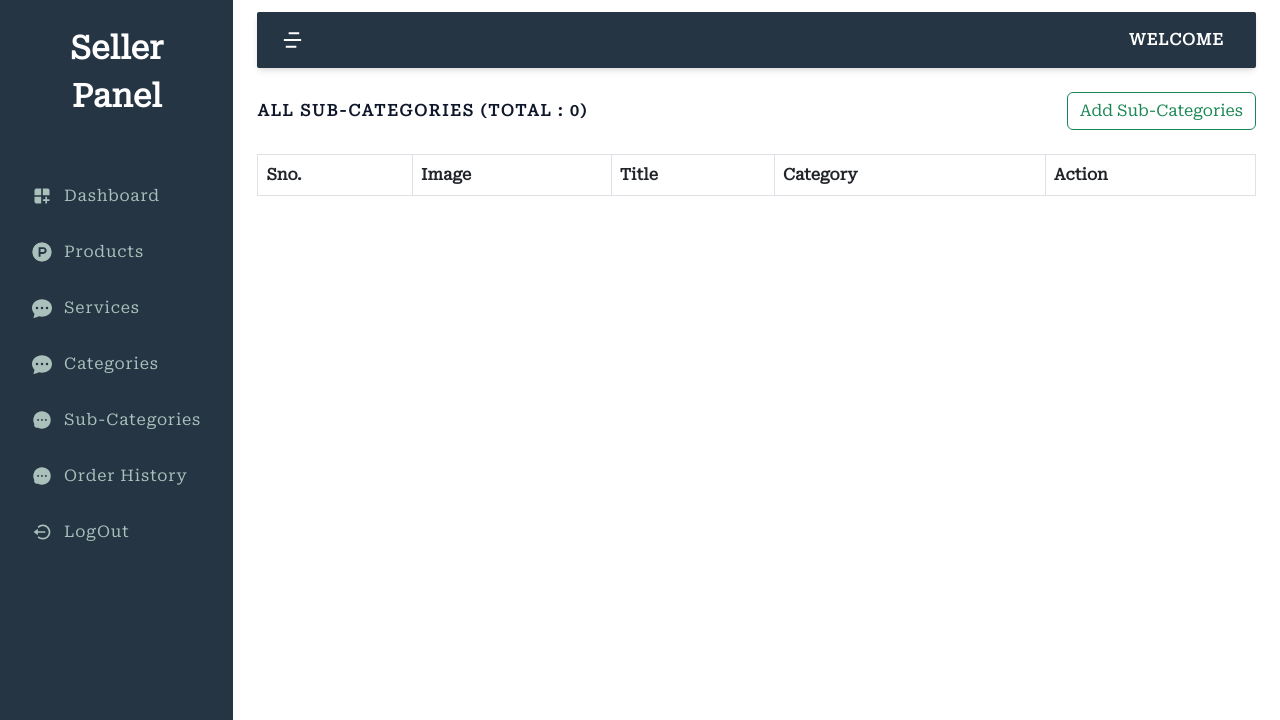
Repository: FlyweisReact/Arun-Chauhan
Page: /vendor/sub-category
The author's editor kept a copy of each file at every save. The page is drawn from the files as they stood at one save, then again after a run of saves.
The browser window is 1280 px wide. The pictures show the whole page.
The page's requests for data from a server got no answer. Some web libraries are served in a nearby version. The project was rebuilt for these pictures with package versions that can differ from the ones it lists, and the page was loaded fresh each time. No one was signed in, and anything a server would have sent is missing. Also part of the build but not shown: src/AdminPanel/layout/Navbar.jsx, src/AdminPanel/layout/Sidebar.jsx, src/AdminPanel/layout/HOC.jsx, src/AdminPanel/pages/Privacy.js, src/AdminPanel/pages/Category.js, src/AdminPanel/pages/FeedBack.js, src/AdminPanel/pages/TermsCon.js, src/AdminPanel/pages/HelpSupport.js and 24 more.

Above is the page before, as saved 2023-04-14 18:00:34.

### public/index.html
<!-- @format -->

<!DOCTYPE html>
<html lang="en">
  <head>
    <meta charset="utf-8" />
    <!-- <link rel="icon" href="%PUBLIC_URL%/favicon.png" /> -->
    <meta name="viewport" content="width=device-width, initial-scale=1" />
    <meta name="theme-color" content="#000000" />
    <meta
      name="description"
      content="Web site created using create-react-app"
    />
    <link rel="apple-touch-icon" href="%PUBLIC_URL%/favicon.ico?v=2" />



    <link rel="manifest" href="%PUBLIC_URL%/manifest.json" />
    <link rel="preconnect" href="https://fonts.googleapis.com">
    <link rel="preconnect" href="https://fonts.gstatic.com" crossorigin>
    <link href="https://fonts.googleapis.com/css2?family=Roboto+Serif&display=swap" rel="stylesheet">
    <title>Arun   Panel</title>
  </head>
  <body>
    <noscript>You need to enable JavaScript to run this app.</noscript>
    <div id="root"></div>
    <script src="https://code.jquery.com/jquery-3.6.0.min.js"></script>
    <script src="https://kit.fontawesome.com/b533b351e4.js" crossorigin="anonymous"></script>
  </body>
</html>

### src/index.js
import React from "react";
import ReactDOM from "react-dom/client";
import "./index.css";
import App from "./App";
import { BrowserRouter } from "react-router-dom";
import 'bootstrap/dist/css/bootstrap.min.css'

const root = ReactDOM.createRoot(document.getElementById("root"));
root.render(
  <React.StrictMode>
    <BrowserRouter>
      <App />
    </BrowserRouter>
  </React.StrictMode>
);

### src/index.css
/** @format */

@tailwind base;
@tailwind components;
@tailwind utilities;




body {
  margin: 0;
  font-family: 'Roboto Serif', serif  !important;
  -webkit-font-smoothing: antialiased;
  -moz-osx-font-smoothing: grayscale;
}

/* Wcomponents */
.wcomp::-webkit-scrollbar {
  width: 0px;
}
::-webkit-scrollbar {
  width: 0px;
}
::-webkit-scrollbar-track {
  background: #696f78;
}
/* Handle */
::-webkit-scrollbar-thumb {
  background: #b4b8bf;
}

.main-card--container {
  display: grid;
  grid-template-columns: repeat(3, minmax(300px, 500px));
  grid-gap: 50px;
  justify-content: space-around;
}
.card-container {
  margin: 25px 0 auto;
  position: relative;
  display: grid;
  grid-template-columns: 1fr;
  justify-content: space-around;
  align-items: flex-start;
}

.img-thumbnail {
  width: 80px;
}
.img-large {
  max-width: 80%;
}

.formInput {
  padding: 5px;
}

.BannerImg{
  display: grid;
  grid-template-columns: auto auto auto;
  margin: 20px;
  justify-content: space-evenly;
  text-align: center;
}
.BannerImg div{
  box-shadow: rgba(0, 0, 0, 0.35) 0px 5px 15px;
  padding: 10px;

}
.BannerImg img{
  width: 400px;
  height: 200px;
}


li{
  list-style: disc;
}
.carouselImages{
  width: 200px !important;
  height: 140px;
}
.Car{
  width: 200px !important;
}
.ColorImage{
  width: 100px !important;
}
.three-Sec{
  display: grid;
  justify-content: space-evenly;
  grid-template-columns: auto auto auto;
  text-align: center;
  color: black;

}
.three-Sec div{
  box-shadow: rgba(0, 0, 0, 0.35) 0px 5px 15px;
  margin-top: 40px;
  padding : 10px;
  width: 400px;
}
.three-Sec img{
  width: 100%;
  height: 300px;
}
.three-Sec p{
  font-size: 20px;
  font-weight: bold;
  margin: 0;
}
.three-Sec button{
  border: 1px solid #B80000;
  background-color: #ffff;
  color: #B80000;
  width: 100%;
  padding: 3px;
  margin-top: 10px;
  font-size: 20px;
  transition: 0.5s;
}

.three-Sec button:hover{
  background-color: #B80000;
  color: #ffff;
}
.bigCont{
  display: flex;
  gap: 10px;
}
.contP{
  border: 1px solid #2F308D;
  width: 48%;
  padding: 10px;
  color: #2F308D;
  transition: 0.5s;
  cursor: pointer;
}
.contP:hover {
  background-color: #2F308D;
  color: #fff;
}


.viewBtn{
  color: #014F75;
  border: 1px solid #014F75;
  outline: none;
  width: 50%;
  padding: 5px;
  font-size: 18px;
  transition: 0.5s;
}

.viewBtn:hover{

  background-color: #014F75;
  color: #fff;
}


.filterDate{
  color: black;
  display: flex;
  gap: 20px;
  margin-top: 20px;
  margin-bottom: 20px;
}

.filterDate input {
  border: 1px solid black;
  outline: none;
  padding: 5px;
}
.filterDate div{
  display: flex;
  gap: 10px;
  align-items:center ;
}
.filterDate div p{
  padding-top: 10px;
}

.filterDate button{
  color: #014F75;
  border: 1px solid #014F75;
  outline: none;
  width: 200px;
  font-size: 18px;
  transition: 0.5s;
}

.filterDate button:hover{
  background-color: #014F75;
  color: #fff;
}
.active{
  display: flex;
  gap: 20px;
margin-bottom: 20px;
}
.active button{
  border: 1px solid #659CCA;
  color: #659CCA;
  padding: 5px;
  width: 200px;
  transition: 0.5s;
  font-size: 20px;
}
.active button:hover{
  background-color: #659CCA;
  color: #fff;
}

.drop select{
  width: 100%;
  color:#fff;
  margin-bottom: 20px;
  border: 1px solid #659CCA;
  padding: 10px;
  outline: none;
  background-color: #659CCA;
}
.drop select option{
  background-color: #8FD1DF;
  border: 1px solid #8FD1DF;
}

.drop select option:hover{
  background-color: #8FD1DF  !important;
}

### src/App.js
/** @format */

import { Routes, Route } from "react-router-dom";
import { ToastContainer } from "react-toastify";
import "react-toastify/dist/ReactToastify.css";
import Privacy from "./AdminPanel/pages/Privacy";
import Offers from "./AdminPanel/pages/Category";
import FeedBack from "./AdminPanel/pages/FeedBack";
import TermsCon from "./AdminPanel/pages/TermsCon";
import HelpSupport from "./AdminPanel/pages/HelpSupport";
import OrderHistory from "./AdminPanel/pages/OrderHistory";
import Installar from "./AdminPanel/pages/Installar";
import Sellers from "./AdminPanel/pages/Sellers";
import Dashboard from "./AdminPanel/pages/Dashboard";
import Users from "./AdminPanel/pages/Users";
import Reviews from "./AdminPanel/pages/Reviews";
import Coupon from "./AdminPanel/pages/Coupon";
import Product from "./AdminPanel/pages/Product";
import About from "./AdminPanel/pages/About";
import Blogs from "./AdminPanel/pages/Blogs";
import Service from "./AdminPanel/pages/Service";
import Notification from "./AdminPanel/pages/Notification";
import SubCategory from "./AdminPanel/pages/SubCategory";
import Banner from "./AdminPanel/pages/Banner";
import Login from "./AdminPanel/Login";
import Transaction from "./AdminPanel/pages/Transaction";
import InstallerTransactions from "./AdminPanel/pages/InstallerTransactions";
import Vendorlogin from "./VendorPanel/Vendorlogin";
import VendorDashboard from "./VendorPanel/pages/VendorDashboard";
import VendorProducts from "./VendorPanel/pages/VendorProducts";
import VendorService from "./VendorPanel/pages/VendorService";
import VendorCategory from "./VendorPanel/pages/VendorCategory";
import VendorSubCategory from "./VendorPanel/pages/VendorSubCategory";
import VendorOrderHistory from "./VendorPanel/pages/VendorOrderHistory";
import SellerProduct from "./AdminPanel/pages/SellerProduct";

function App() {
  return (
    <>
      <ToastContainer />

      <Routes>
        {/* Admin Panel */}
        <Route path="/" element={<Login />} />
        <Route path="/dashboard" element={<Dashboard />} />
        <Route path="/users" element={<Users />} />
        <Route path="/sellers" element={<Sellers />} />
        <Route path="/products" element={<Product />} />
        <Route path="/coupon" element={<Coupon />} />
        <Route path="/about" element={<About />} />
        <Route path="/review" element={<Reviews />} />
        <Route path="/blogs" element={<Blogs />} />
        <Route path="/services" element={<Service />} />
        <Route path="/category" element={<Offers />} />
        <Route path="/notification" element={<Notification />} />
        <Route path="/sub-category" element={<SubCategory />} />
        <Route path="/banners" element={<Banner />} />
        <Route path="/order-history" element={<OrderHistory />} />
        <Route path="/installar" element={<Installar />} />
        <Route path="/feedBacks" element={<FeedBack />} />
        <Route path="/terms-condition" element={<TermsCon />} />
        <Route path="/helpSupport" element={<HelpSupport />} />
        <Route path="/privacy" element={<Privacy />} />
        <Route path="/transactions/:id" element={<Transaction />} />
        <Route path="/installer-transaction/:id" element={<InstallerTransactions />} />
        <Route path="/seller/products/:id" element={<SellerProduct />} />

        {/* Vendor Panel */}
        <Route path="/vendor/login" element={<Vendorlogin />} />
        <Route path="/vendor/dashboard" element={<VendorDashboard />} />
        <Route path="/vendor/products" element={<VendorProducts />} />
        <Route path="/vendor/service" element={<VendorService />} />
        <Route path="/vendor/category" element={<VendorCategory />} />
        <Route path="/vendor/sub-category" element={<VendorSubCategory />} />
        <Route path="/vendor/order-history" element={<VendorOrderHistory />} />
      </Routes>
    </>
  );
}

export default App;

### src/VendorPanel/pages/VendorSubCategory.js
/** @format */

import HOC from "../layout/HOC";
import { Table, Modal, Button, Form, Alert } from "react-bootstrap";
import { useCallback, useEffect, useState } from "react";
import axios from "axios";
import { toast } from "react-toastify";

const VendorSubCategory = () => {
  const [modalShow, setModalShow] = useState(false);
  const [data, setData] = useState([]);
  const sellorId = localStorage.getItem("vendorId");
  const [categoryData, setCatData] = useState([]);

  const fetchHandler = useCallback(async () => {
    try {
      const { data } = await axios.get(
        `http://ec2-15-206-210-177.ap-south-1.compute.amazonaws.com:1112/api/subCategory/seller/${sellorId}`
      );
      setData(data.result);
    } catch (e) {
      console.log(e);
    }
  }, [sellorId]);

  const fetchCategoryHandler = useCallback(async () => {
    try {
      const { data } = await axios.get(
        `http://ec2-15-206-210-177.ap-south-1.compute.amazonaws.com:1112/api/category/seller/${sellorId}`
      );
      setCatData(data.data);
    } catch (e) {
      console.log(e);
    }
  }, [sellorId]);

  useEffect(() => {
    fetchHandler();
    if (modalShow === true) {
      fetchCategoryHandler();
    }
  }, [fetchHandler, modalShow, fetchCategoryHandler]);

  function MyVerticallyCenteredModal(props) {
    const [image, setImage] = useState("");
    const [url, setUrl] = useState("");
    const [title, setTitle] = useState("");
    const [catgoryId, setCategoryId] = useState("");

    const UploadImage = (e) => {
      const data = new FormData();
      data.append("file", image);
      data.append("upload_preset", "ml_default");
      data.append("cloud_name", "dbcnha741");
      fetch("https://api.cloudinary.com/v1_1/dbcnha741/image/upload", {
        method: "post",
        body: data,
      })
        .then((res) => res.json())
        .then((data) => {
          setUrl(data.url);
          console.log(data.url);
        })
        .catch((err) => {
          console.log(err);
        });
    };

    const postHandler = async (e) => {
      e.preventDefault();
      try {
        const { data } = await axios.post(
          "http://ec2-15-206-210-177.ap-south-1.compute.amazonaws.com:1112/api/subcategory/",
          {
            image: url,
            title,
            catgoryId,
            sellerId: sellorId,
          }
        );
        toast.success(`${data.message.title} Added`);
        fetchHandler();
        props.onHide();
      } catch (e) {
        console.log(e);
        toast.error("Please try again after some time:::");
      }
    };

    return (
      <Modal
        {...props}
        size="lg"
        aria-labelledby="contained-modal-title-vcenter"
        centered
      >
        <Modal.Header closeButton>
          <Modal.Title id="contained-modal-title-vcenter">
            Add Sub-Category
          </Modal.Title>
        </Modal.Header>
        <Modal.Body>
          <Form onSubmit={postHandler}>
            <Form.Group className="mb-3">
              <Form.Label>Image</Form.Label>
              <Form.Control
                type="file"
                onChange={(e) => setImage(e.target.files[0])}
                required
              />
            </Form.Group>

            <Form.Group className="mb-3">
              <Form.Label>Title</Form.Label>
              <Form.Control
                type="text"
                onClick={() => UploadImage()}
                required
                onChange={(e) => setTitle(e.target.value)}
              />
            </Form.Group>
            <Form.Group className="mb-3">
              <Form.Select
                aria-label="Default select example"
                required
                onChange={(e) => setCategoryId(e.target.value)}
              >
                <option>Select Category</option>
                {categoryData?.map((i, index) => (
                  <option key={index} value={i._id}>
                    {" "}
                    {i.category}{" "}
                  </option>
                ))}
              </Form.Select>
            </Form.Group>
            <Button variant="outline-success" type="submit">
              Submit
            </Button>
          </Form>
        </Modal.Body>
        <Modal.Footer></Modal.Footer>
      </Modal>
    );
  }

  const deleteHandler = async (id) => {
    try {
      const { data } = await axios.delete(
        `http://ec2-15-206-210-177.ap-south-1.compute.amazonaws.com:1112/api/subcategory/${id}`
      );
      toast.success(data.message);
      fetchHandler();
    } catch (e) {
      console.log(e);
      toast.error("Try again after some time::");
    }
  };

  return (
    <>
      <MyVerticallyCenteredModal
        show={modalShow}
        onHide={() => setModalShow(false)}
      />

      <section>
        <div className="pb-4 sticky top-0  w-full flex justify-between items-center bg-white">
          <span className="tracking-widest text-slate-900 font-semibold uppercase ">
            All Sub-Categories (Total : {data?.length})
          </span>
          <Button
            variant="outline-success"
            onClick={() => {
              setModalShow(true);
            }}
          >
            Add Sub-Categories
          </Button>
        </div>

        {data.length === undefined ? <Alert variant="info">No </Alert> :""}

        <div style={{ maxWidth: "100%", overflow: "auto" }}>
          <Table striped bordered hover>
            <thead>
              <tr>
                <th>Sno.</th>
                <th> Image</th>
                <th> Title</th>
                <th> Category</th>
                <th>Action</th>
              </tr>
            </thead>
            <tbody>
              {data?.map((i, index) => (
                <tr key={index}>
                  <td> {index + 1} </td>
                  <td>
                    <img src={i.image} alt="" style={{ width: "100px" }} />
                  </td>
                  <td>{i.title} </td>
                  <td> {i.catgory?.category} </td>
                  <td>
                    <i
                      className="fa-solid fa-trash"
                      style={{ color: "#ff0000", cursor: "pointer" }}
                      onClick={() => deleteHandler(i._id)}
                    ></i>
                  </td>
                </tr>
              ))}
            </tbody>
          </Table>
        </div>
      </section>
    </>
  );
};

export default HOC(VendorSubCategory);

### src/VendorPanel/layout/HOC.jsx
import React, { useState } from "react";
import Navbar from "./Navbar";
import Sidebar from "./Sidebar";

const HOC = (Wcomponenet) => {
  return function Component() {
    const [hamb, setHamb] = useState(false);
    return (
      <>
        <section className="flex overflow-x-hidden relative">
          {/* Sidebar */}
          <div
            className={
              hamb
                ? " absolute top-0 z-30 md:w-auto shadow-md bg-slate-200  w-60 transition-all md:-left-full left duration-150  h-auto overflow-y-auto  left-0 "
                : " md:w-72 z-30 bg-slate-200  shadow-md  md:static absolute top-0 -left-full   transition-all duration-150  overflow-y-auto h-auto"
            }
          >
            <Sidebar hamb={hamb} setHamb={setHamb} />
          </div>
          {/* Components & Navbar */}
          <div
            className={
              hamb
                ? " transition-all px-4 py-2  bg-white duration-150 w-full h-screen"
                : " w-full h-screen  px-4 py-2  bg-white z-50 transition-all duration-150 "
            }
          >
            <Navbar hamb={hamb} setHamb={setHamb} />
            <div className="my-6 text-white h-[87%] wcomp overflow-y-auto">
              <Wcomponenet />
            </div>
          </div>
        </section>
      </>
    );
  };
};

export default HOC;

### src/VendorPanel/layout/Navbar.jsx
/** @format */

import { RiMenu4Line } from "react-icons/ri";

const Navbar = ({ hamb, setHamb }) => {

  return (
    <>

      <div
        className={
          hamb
            ? "flex  w-full justify-between  my-1 rounded-sm  p-4 py-3 shadow-md items-center  bg-slate-200 space-x-4"
            : "flex  w-full justify-between my-1 rounded-sm  p-4 py-3 shadow-md items-center  bg-slate-200 space-x-4"
        }
        style={{   backgroundColor: "#263544", color : "#fff"}}
      >
        <RiMenu4Line
          onClick={() => setHamb(!hamb)}
          className="text-2xl font-bold text-#fff-900 hover:scale-90 cursor-pointer"
        />

        <section className="flex sm:ml-auto justify-end sm:w-full items-center space-x-2  pr-2">
          <figcaption className="tracking-wider pl-1 font-semibold">
            <div className="lg:text-base text-sm text-#fff-900  uppercase" >
              Welcome
            </div>
          </figcaption>
        </section>


      </div>
    </>
  );
};

export default Navbar;

### src/VendorPanel/layout/Sidebar.jsx
/** @format */

import React from "react";
import { RiCloseLine } from "react-icons/ri";
import { Link, useNavigate } from "react-router-dom";
import { BiLogOutCircle  } from "react-icons/bi";
import { MdDashboardCustomize } from "react-icons/md";
import { BsFillChatDotsFill } from "react-icons/bs";
import { AiFillMessage } from "react-icons/ai";
import {FaProductHunt } from 'react-icons/fa'


const Sidebar = ({ hamb, setHamb }) => {
  const navigate = useNavigate();

  const nav = [
    {
      icon: <MdDashboardCustomize className="text-xl mr-3 rounded-full " />,
      link: "/vendor/dashboard",
      name: "Dashboard",
    },
    {
      icon: <FaProductHunt className="text-xl mr-3 rounded-full " />,
      link: "/vendor/products",
      name: "Products",
    },
    {
      icon: <BsFillChatDotsFill className="text-xl mr-3" />,
      link: "/vendor/service",
      name: "Services",
    },
    {
      icon: <BsFillChatDotsFill className="text-xl mr-3" />,
      link: "/vendor/category",
      name: "Categories",
    },

    {
      icon: <AiFillMessage className="text-xl mr-3 rounded-full " />,
      link: "/vendor/sub-category",
      name: "Sub-Categories",
    },
    {
      icon: <AiFillMessage className="text-xl mr-3 rounded-full " />,
      link: "/vendor/order-history",
      name: "Order History",
    },
  ];

  const logOut = () => {
 localStorage.clear()
  navigate("/vendor/login");
  };

  return (
    <>
      <div className="p-4 h-auto"   style={{
          backgroundColor: "#263544",
          minHeight : '100vh'
        }}>
        {/* Top */}
        <div className="w-full md:hidden relative  p-2 mb-4">
          <RiCloseLine
            onClick={() => setHamb(!hamb)}
            className="text-3xl  absolute top-2 sm:hover:rotate-[228deg] transition-transform font-bold right-2 sm:hover:text-[22px] text-[rgb(241,146,46)] cursor-pointer"
          />
        </div>
        {/* Logo */}
        <figure className="flex  flex-col items-center">
        <span
            className="font-bold text-[rgb(241,146,46)]"
            style={{ fontSize: "2rem", textAlign: "center", color: "#fff" }}
          >
            Seller Panel
          </span>
        </figure>
        {/* Nav-menu */}
        <nav className="py-6">
          {nav.map((nav) => {
            return (
              <Link to={nav.link} key={nav.name} className="" style={{textDecoration : 'none'}}>
                <span className="flex my-3 items-center cursor-pointer    tracking-wider p-2 rounded-sm"  style={{ color: "#aac0bb"  , textDecoration : 'none'}}>
                  {nav.icon} {nav.name}
                </span>
              </Link>
            );
          })}
          <span
            className="flex my-3 items-center cursor-pointer   tracking-wider p-2 rounded-sm"
            onClick={() => logOut()}
            style={{ color: "#aac0bb" }}
          >
            <BiLogOutCircle className="text-xl mr-3 rounded-full " /> LogOut
          </span>
        </nav>
      </div>
    </>
  );
};

export default Sidebar;

Loaded but not shown: tailwind.config.js (common file)

After the next 2 saves:
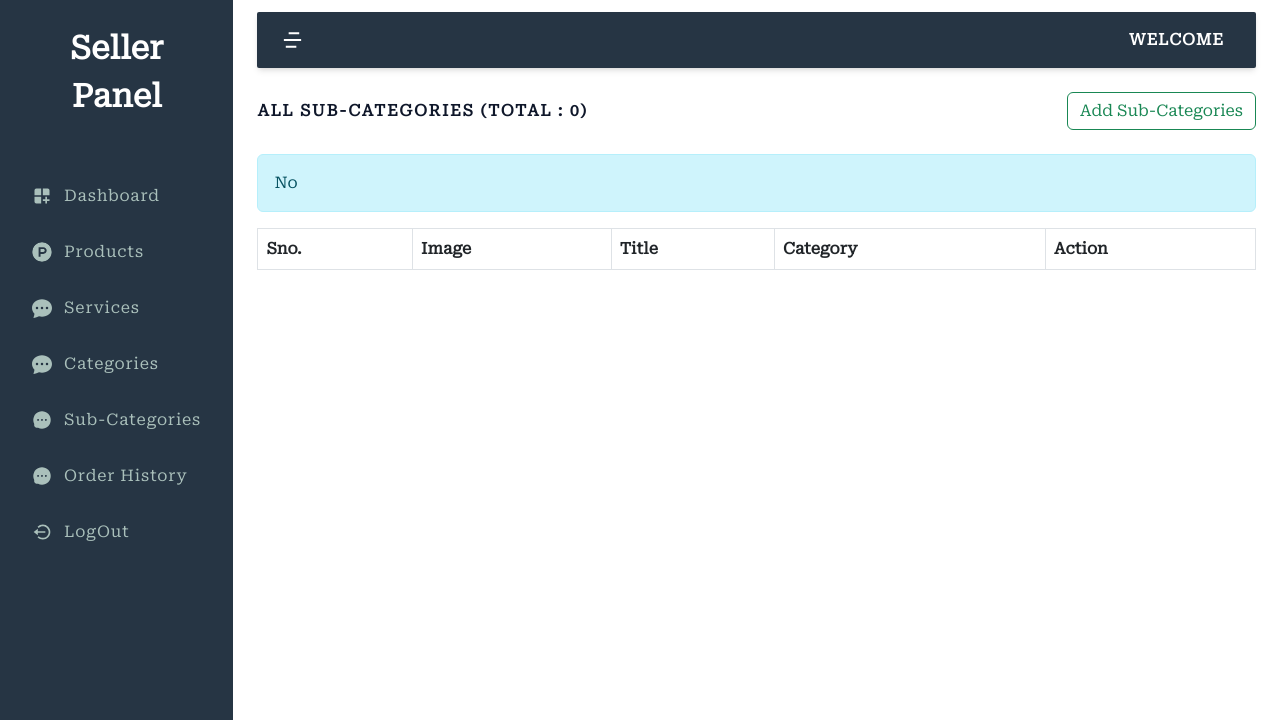
The 2 saves are shown as one change because they came seconds apart.
The last was saved 9 s later.
--- a/src/VendorPanel/pages/VendorSubCategory.js
+++ b/src/VendorPanel/pages/VendorSubCategory.js
@@ -179,7 +179,7 @@ const VendorSubCategory = () => {
           </Button>
         </div>
 
-        {data.length === undefined ? <Alert variant="info">No </Alert> :""}
+        {data.length === 0 ? <Alert variant="info">No </Alert> :""}
 
         <div style={{ maxWidth: "100%", overflow: "auto" }}>
           <Table striped bordered hover>
